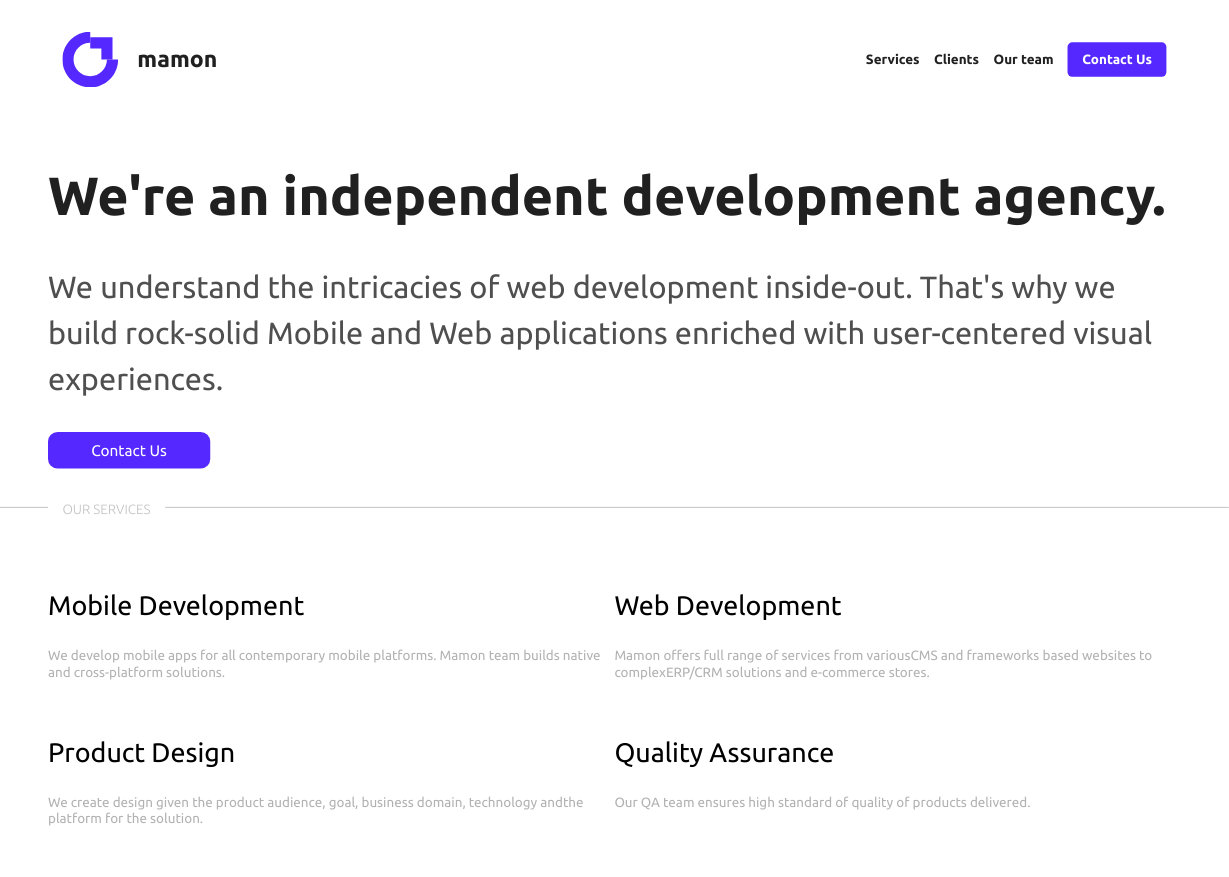
Repository: Vitalii23081984/testHGC
Page: index.html
These files come from the project's save history. The page is drawn as it stood at one moment and after the next save; the edit follows.
The browser window is 1280 px wide. The pictures show the whole page, at 96% of full size.

Above is the page before, as saved 2022-11-20 17:11:53.

### index.html
<!DOCTYPE html>
<html lang="en">
<head>
    <meta charset="UTF-8">
    <meta http-equiv="X-UA-Compatible" content="IE=edge">
    <meta name="viewport" content="width=device-width, initial-scale=1.0">
    <title>Mamon</title>
    <link href="https://fonts.googleapis.com/css2?family=Ubuntu:wght@300;400;700&display=swap" rel="stylesheet">
    <link rel="stylesheet" href="https://cdnjs.cloudflare.com/ajax/libs/normalize/8.0.1/normalize.css">
    <link rel="stylesheet" href="css/style.css">
</head>
<body>
    <header>
        <div class="header">
            <a href="" class="logo">
                <span class="logo_img"></span>
                <span class="logo_text">mamon</span></a>
            <nav>
                <ul class="nav">
                    <li><a href="">Services</a></li>
                    <li><a href="">Clients</a></li>
                    <li><a href="">Our team</a></li>
                    <li><button class="nav_btn" type="button">Contact Us</button></li>
                </ul>
            </nav>
        </div>

    </header>
    <div class="page">
        <div class="wrap">
            <h1 class="title-main">We're an independent development agency.</h1>
            <p class="text-main">We understand the intricacies of web development inside-out. That's why we build rock-solid Mobile and Web applications enriched with user-centered visual experiences.</p>
            <button type="button" class="button">Contact Us</button>
        </div>
    </div>
    <div class="page page-top">
        <div class="wrap">
            <h2>OUR SERVICES</h2>
            <div class="services">
                <div class="service-item">
                    <img src="" alt="">
                    <div>
                        <h3>Mobile Development</h3>
                        <p>We develop mobile apps for all contemporary mobile platforms. Mamon team builds native and cross-platform solutions.</p>
                    </div>
                </div>
                <div class="service-item">
                    <img src="" alt="">
                    <div>
                        <h3>Web Development</h3>
                        <p>Mamon offers full range of services from variousCMS and frameworks based websites to complexERP/CRM solutions and e-commerce stores.</p>
                    </div>
                </div>
                <div class="service-item">
                    <img src="" alt="">
                    <div>
                        <h3>Product Design</h3>
                        <p>We create design given the product audience, goal, business domain, technology andthe platform for the solution.</p>
                    </div>
                </div>
                <div class="service-item">
                    <img src="" alt="">
                    <div>
                        <h3>Quality Assurance</h3>
                        <p> Our QA team ensures high standard of quality of products delivered.</p>
                    </div>
                </div>

            </div>
        </div>

    </div>

</body>
</html>

### css/style.css
body {
    font-family: 'Ubuntu', sans-serif;

}
.header {
    width: 100%;
    max-width: 1180px;
    margin: 0 auto;
    padding-left: 15px;
    padding-right: 15px;
    padding-top: 30px;
    display: flex;
    justify-content: space-between;
    align-items: center;
    box-sizing: border-box;
    font-weight: 700;
}
.wrap {
    width: 100%;
    max-width: 1180px;
    margin: 0 auto;
    padding-left: 15px;
    padding-right: 15px;

}
.nav {
    list-style-type: none;
    display: flex;
    justify-content: flex-start;
    align-items: center;
    font-size: 14px;

}
.nav>li {
    margin-left: 15px;
}
.nav>li>a {
    text-decoration: none;
    color: #202020;
}
.nav_btn {
    background-color: #5528FF;
    border-radius: 5px;
    padding: 10px 15px;
    color: white;
    border: none;
    font-weight: 700;
}
.logo {
    display: flex;
    align-items: center;
    text-decoration: none;
}
.logo_img {
    display: block;
    width: 58px;
    height: 58px;
    background-image: url(../img/logo.svg);
    margin-right: 20px;
}
.logo_text {
    font-size: 24px;
    color: #202020;

}
.title-main {
   font-size: 56px;
   color: #202020;
   font-weight: 700;

}
.text-main {
    font-size: 32px;
    line-height: 1.5;
    color: #4F4F4F;


}
.button {
    background-color: #5528FF;
    border-radius: 10px;
    padding: 10px 45px;
    color: white;
    border: none;
    font-weight: 24px;
}
.page {
    padding-top: 40px;
    padding-bottom: 40px;
    position: relative;
}
.page-top {
    border-top: 1px solid #c2c2c2;
}
.page h2 {
    position: absolute;
    top: -24px;
    font-size: 14px;
    font-weight: 300;
    background-color: white;
    padding: 5px 15px;
    color: #c2c2c2;
}
.services {
    display: grid;
    grid-template: 50% 50% / 50% 50%;

}
.services h3 {
    font-size: 28px;
    font-weight: 400;

}
.services p {
    font-size: 14px;
    color: #B2B2B2;


}

After the next save:
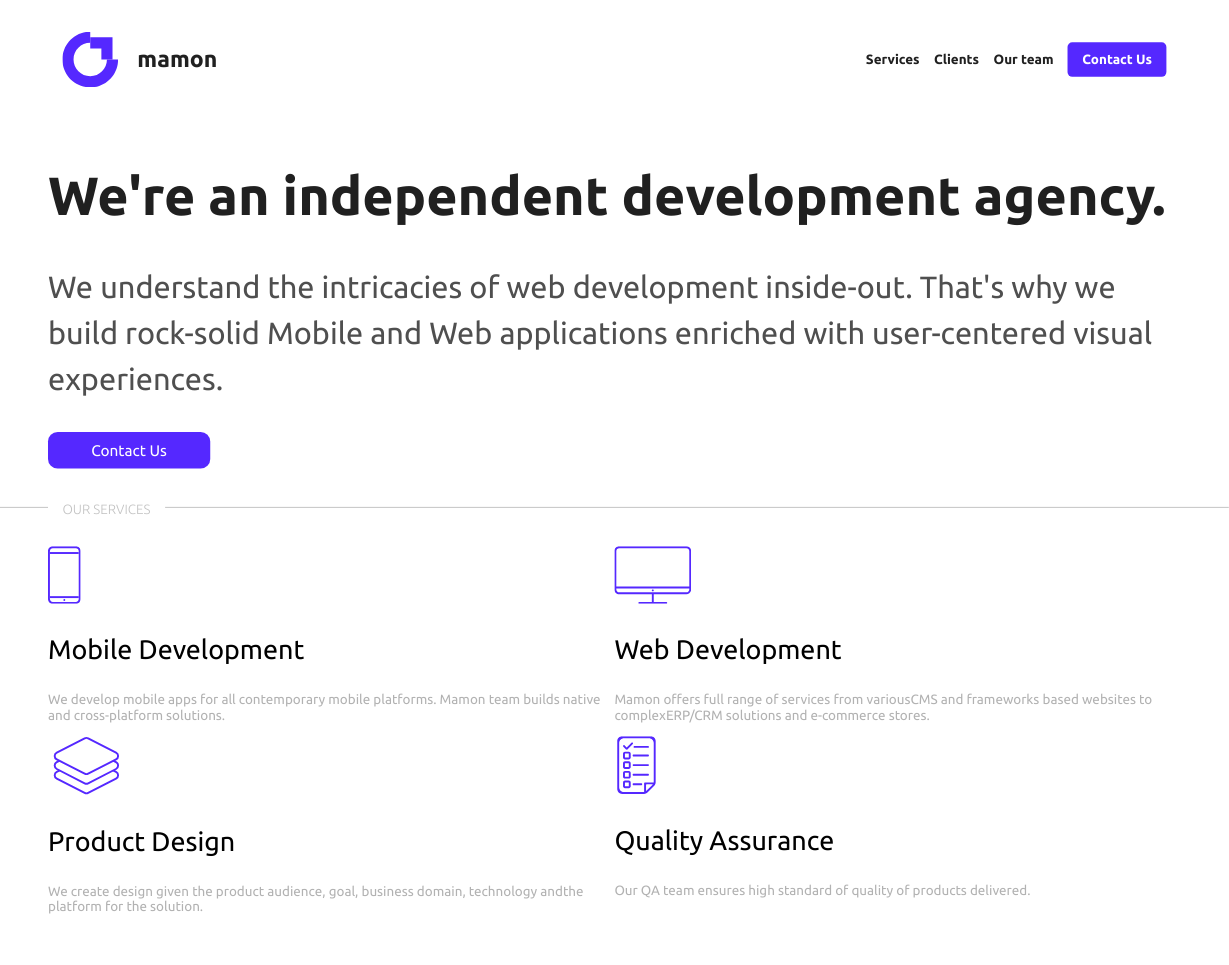
Saved 35 min 13 s later.
--- a/index.html
+++ b/index.html
@@ -38,28 +38,28 @@
             <h2>OUR SERVICES</h2>
             <div class="services">
                 <div class="service-item">
-                    <img src="" alt="">
+                    <img src="img/icon-1.svg" alt="">
                     <div>
                         <h3>Mobile Development</h3>
                         <p>We develop mobile apps for all contemporary mobile platforms. Mamon team builds native and cross-platform solutions.</p>
                     </div>
                 </div>
                 <div class="service-item">
-                    <img src="" alt="">
+                    <img src="img/icon-2.svg" alt="">
                     <div>
                         <h3>Web Development</h3>
                         <p>Mamon offers full range of services from variousCMS and frameworks based websites to complexERP/CRM solutions and e-commerce stores.</p>
                     </div>
                 </div>
                 <div class="service-item">
-                    <img src="" alt="">
+                    <img src="img/icon3.svg" alt="">
                     <div>
                         <h3>Product Design</h3>
                         <p>We create design given the product audience, goal, business domain, technology andthe platform for the solution.</p>
                     </div>
                 </div>
                 <div class="service-item">
-                    <img src="" alt="">
+                    <img src="img/icon-4.svg" alt="">
                     <div>
                         <h3>Quality Assurance</h3>
                         <p> Our QA team ensures high standard of quality of products delivered.</p>
